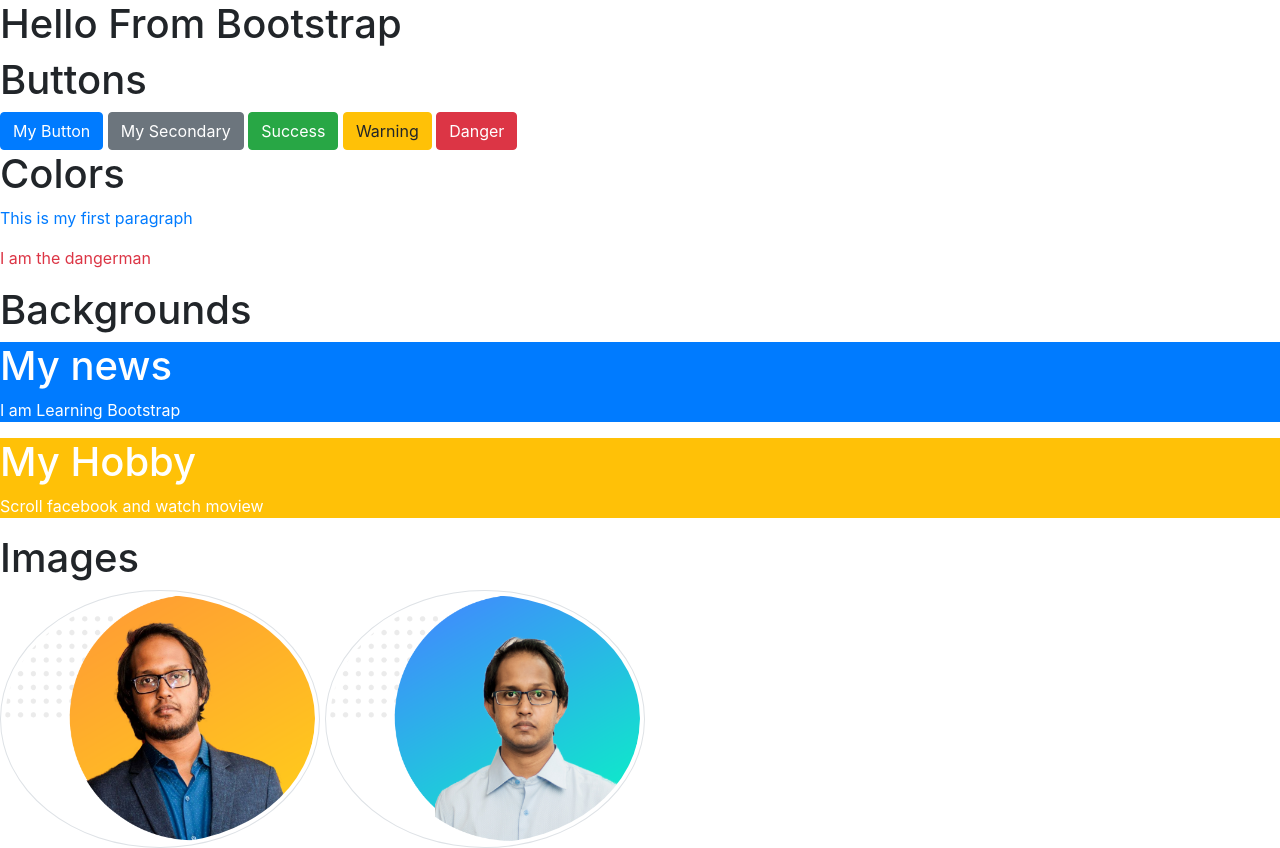
Repository: mohsinfarabi/bootstrap-practice
Page: index.html
These files come from the project's save history. The page is drawn as it stood at one moment and after the next save; the edit follows.
The browser window is 1280 px wide. The pictures show the whole page.

Above is the page before, as saved 2020-07-06 03:03:49.

### index.html
<!DOCTYPE html>
<html lang="en">

<head>
    <meta charset="UTF-8">
    <meta name="viewport" content="width=device-width, initial-scale=1.0">
    <title>Document</title>
    <link rel="stylesheet" href="css\bootstrap\css\bootstrap.min.css">
</head>

<body>
    <h1>Hello From Bootstrap</h1>
    <h1>Buttons</h1>
    <button class="btn btn-primary">My Button</button>
    <button class="btn btn-secondary">My Secondary</button>
    <button class="btn btn-success">Success</button>
    <button class="btn btn-warning">Warning</button>
    <button class="btn btn-danger">Danger</button>

    <h1>Colors</h1>
    <p class="text-primary">This is my first paragraph</p>
    <p class="text-danger">I am the dangerman</p>

    <h1>Backgrounds</h1>
    <div class="bg-primary text-white">
        <h1>My news</h1>
        <p>I am Learning Bootstrap</p>
    </div>
    <div class="bg-warning text-white">
        <h1>My Hobby</h1>
        <p>Scroll facebook and watch moview</p>
    </div>

    <h1>Images</h1>
    <img src="images/profile1.png" class="img-fluid w-25 rounded-circle img-thumbnail" alt="">
    <img src="images/profile2.png" class="img-fluid w-25 rounded-circle img-thumbnail" alt="">
</body>

</html>

Loaded but not shown: css/bootstrap/css/bootstrap.min.css (library)

After the next save:
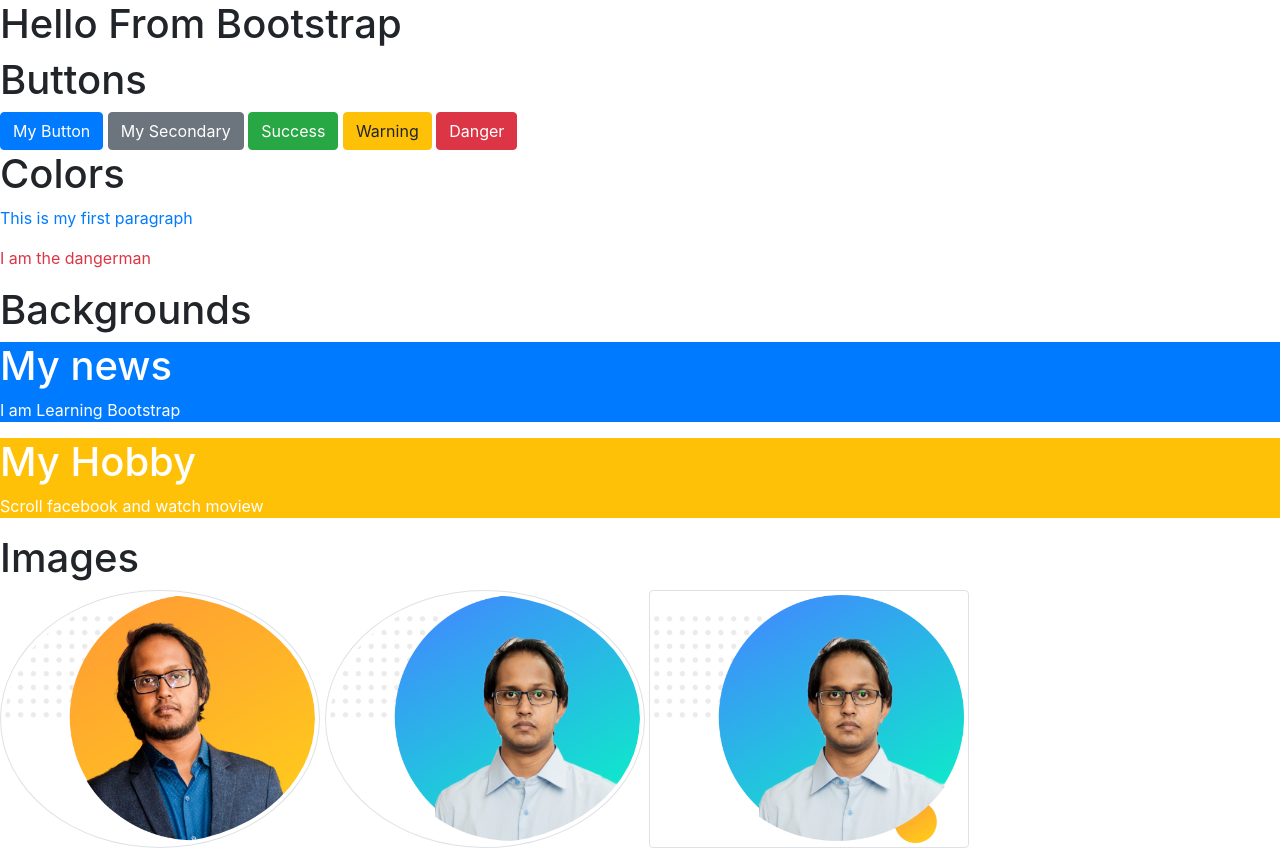
Saved 48 s later.
--- a/index.html
+++ b/index.html
@@ -34,6 +34,7 @@
     <h1>Images</h1>
     <img src="images/profile1.png" class="img-fluid w-25 rounded-circle img-thumbnail" alt="">
     <img src="images/profile2.png" class="img-fluid w-25 rounded-circle img-thumbnail" alt="">
+    <img src="images/profile2.png" class="img-fluid w-25 img-thumbnail" alt="">
 </body>
 
 </html>
